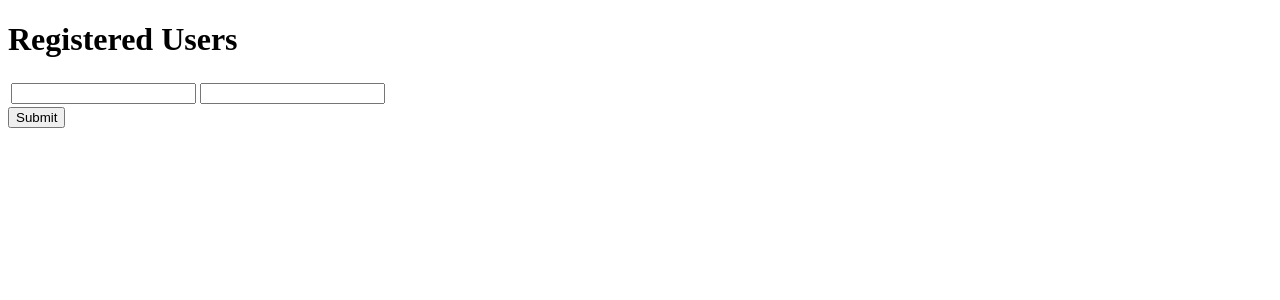
Repository: CP01/SpringBoot
Page: http://localhost/WebJPA/views/show.jsp
The author's editor kept a copy of each file at every save. The page is drawn from the files as they stood at one save, then again after the next save.
The browser window is 1280 px wide. The pictures show the whole page.
The page is served by Tomcat 9.

Above is the page before, as saved 2018-12-21 05:46:13.

After the next save:
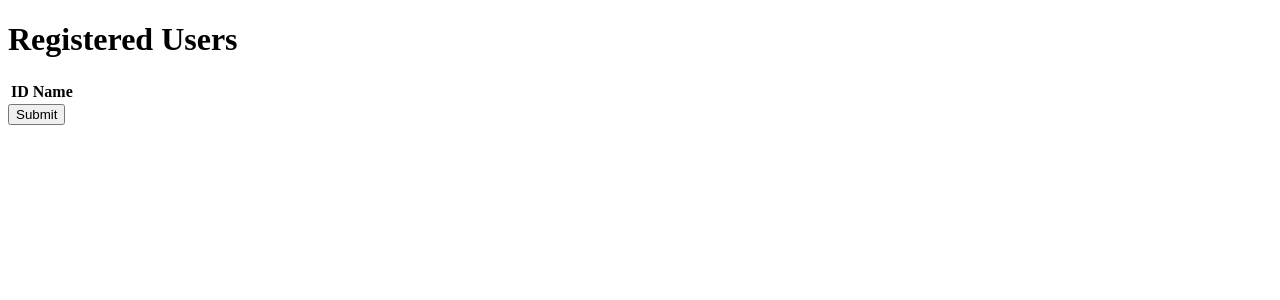
Saved 2 min 38 s later.
--- a/WebJPA/src/main/webapp/views/show.jsp
+++ b/WebJPA/src/main/webapp/views/show.jsp
@@ -9,8 +9,8 @@
 <h1>Registered Users</h1>
 <form action="show">
 <table>
-<th> <input type="label" name="id" /> </th>
-<th> <input type="label" name="name" /> </th>
+<th> <label>ID</label> </th>
+<th> <label>Name</label> </th>
 
 </table>
 <input type="submit" text="Back" name="back" />
